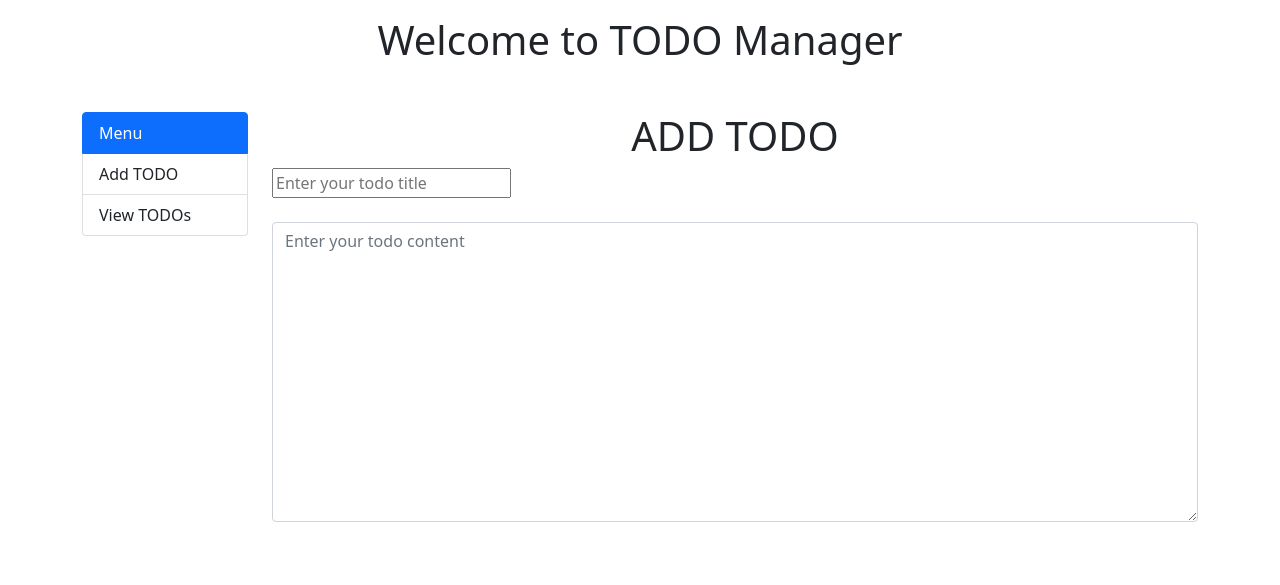
Repository: Tanmoy4672/Hibernate
Page: http://localhost/SpringMVCProject/add
The author's editor kept a copy of each file at every save. The page is drawn from the files as they stood at one save, then again after the next save.
The browser window is 1280 px wide. The pictures show the whole page.
The page is served by Tomcat 9.

Above is the page before, as saved 2021-12-20 00:12:16.

After the next save:
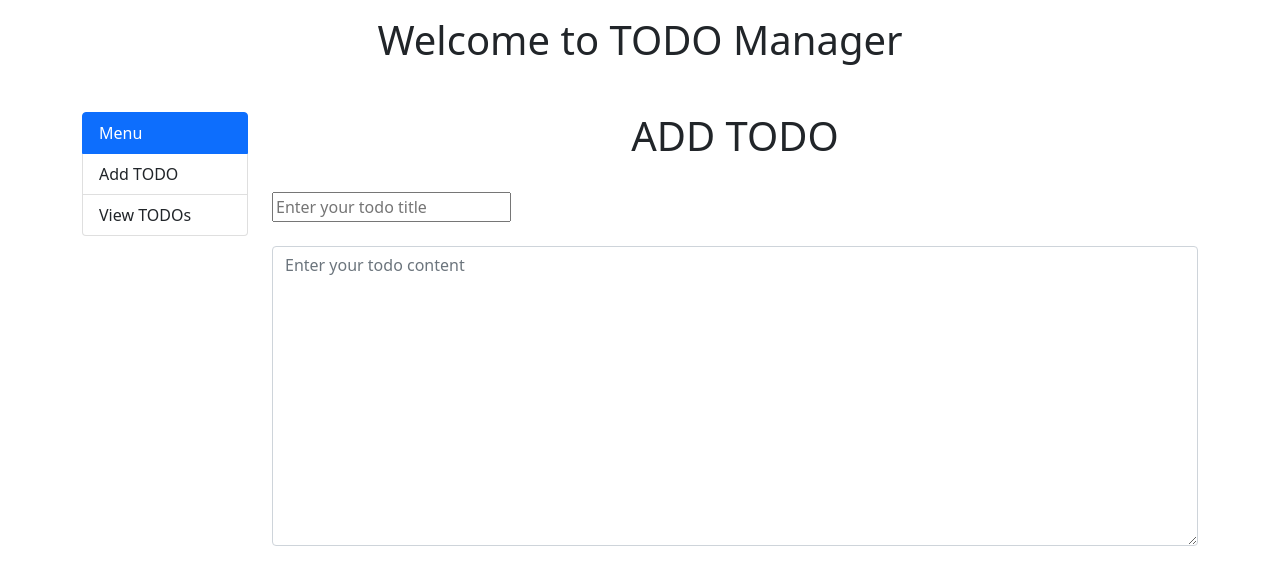
Saved 47 s later.
--- a/SpringMVCProject/src/main/webapp/WEB-INF/pages/home.jsp
+++ b/SpringMVCProject/src/main/webapp/WEB-INF/pages/home.jsp
@@ -42,7 +42,7 @@
 				</c:if>
 				<c:if test="${page=='add' }">
 					<h1 class="text-center">ADD TODO</h1>
-
+					<br>
 					<form:form action="/saveTodo" method="POST" modelAttribute="todo">
 						<div class="form-group">
 							<form:input path="todoTitle" cssClass="from-control"
@@ -50,8 +50,8 @@
 						</div>
 						<br>
 						<div class="form-group">
-							<form:textarea path="todoContent" cssClass="form-control" cssStyle="height:300px;"
-								placeholder="Enter your todo content" />
+							<form:textarea path="todoContent" cssClass="form-control"
+								cssStyle="height:300px;" placeholder="Enter your todo content" />
 						</div>
 					</form:form>
 				</c:if>
